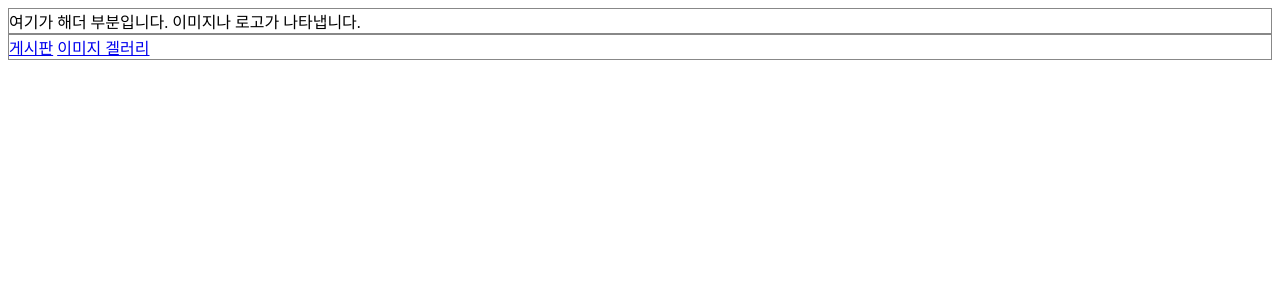
Repository: seokku/java2
Page: workspace/web/ch02basic/WebContent/semantic.html
The author's editor kept a copy of each file at every save. The page is drawn from the files as they stood at one save, then again after the next save.
The browser window is 1280 px wide. The pictures show the whole page.

Above is the page before, as saved 2021-02-15 07:28:50.

After the next save:
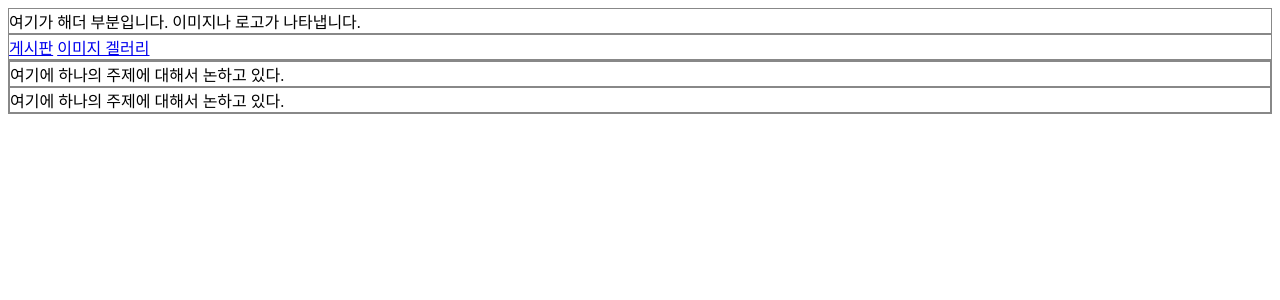
Saved 83 s later.
--- a/workspace/web/ch02basic/WebContent/semantic.html
+++ b/workspace/web/ch02basic/WebContent/semantic.html
@@ -15,5 +15,9 @@ header, nav, section, article, aside, footer{
 <nav>
 	<a href="../board/list.jsp">게시판</a> <a href="../image/list.jsp">이미지 겔러리</a>
 </nav>
+<section>
+	<article>여기에 하나의 주제에 대해서 논하고 있다.</article>
+	<article>여기에 하나의 주제에 대해서 논하고 있다.</article>
+</section>
 </body>
 </html>
